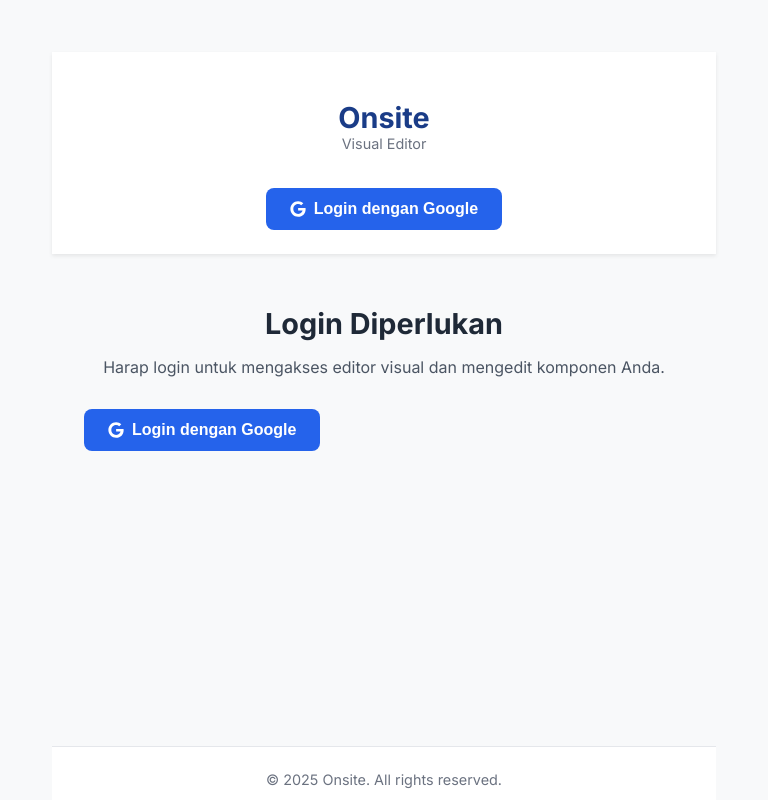
Repository: arifsoul/onsite
Page: /editor (app in onsite/)
An editor plug-in stored every save of this project. The page is shown before and after the next save, followed by the edit.
The browser window is 768 px wide. The pictures show the whole page.
An inner scrolling area shows only its first screen. The project was rebuilt for these pictures with package versions that can differ from the ones it lists, and the page was loaded fresh each time. Also part of the build but not shown: onsite/vite.config.js, onsite/src/services/deepseekApi.js, onsite/src/components/Generator/AIGenerator.css, onsite/src/components/Generator/AIGenerator.jsx, onsite/src/components/Preview/LivePreview.css, onsite/src/components/Preview/LivePreview.jsx, onsite/src/pages/Home.jsx, onsite/src/components/Editor/CSSPanel.jsx and 3 more.

Above is the page before, as saved 2025-04-14 17:15:04.

### onsite/src/index.css
/* src/index.css */
@import url('https://fonts.googleapis.com/css2?family=Inter:wght@400;600;700&display=swap');

* {
  margin: 0;
  padding: 0;
  box-sizing: border-box;
}

html, body {
  height: 100%;
  width: 100%;
  overflow-x: hidden; /* Mencegah scroll horizontal */
}

body {
  font-family: 'Inter', sans-serif;
  background-color: #f8f9fa;
}

#root {
  display: flex;
  flex-direction: column;
  min-height: 100vh;
  width: 100%;
}

### onsite/src/App.jsx
import { BrowserRouter as Router, Routes, Route } from 'react-router-dom';
import { Auth0Provider } from '@auth0/auth0-react';
import { CodeProvider } from './context/CodeContext';
import Home from './pages/Home';
import Editor from './pages/Editor';
import Login from './pages/Login';
import './App.css';

function App() {
  return (
    <Auth0Provider
      domain={import.meta.env.VITE_AUTH0_DOMAIN}
      clientId={import.meta.env.VITE_AUTH0_CLIENT_ID}
      redirectUri={window.location.origin}
    >
      <CodeProvider>
        <Router>
          <Routes>
            <Route path="/" element={<Home />} />
            <Route path="/login" element={<Login />} />
            <Route path="/editor" element={<Editor />} />
          </Routes>
        </Router>
      </CodeProvider>
    </Auth0Provider>
  );
}

export default App;

### onsite/src/context/CodeContext.jsx
import { createContext, useState, useContext } from 'react';

const CodeContext = createContext();

export const CodeProvider = ({ children }) => {
  const [generatedCode, setGeneratedCode] = useState({
    html: '',
    css: '',
    js: '',
  });
  const [components, setComponents] = useState([]);

  const updateComponent = (id, updates) => {
    setComponents((prev) =>
      prev.map((comp) =>
        comp.id === id ? { ...comp, ...updates } : comp
      )
    );
  };

  return (
    <CodeContext.Provider
      value={{ generatedCode, setGeneratedCode, components, setComponents, updateComponent }}
    >
      {children}
    </CodeContext.Provider>
  );
};

export const useCode = () => useContext(CodeContext);

### onsite/src/pages/Editor.jsx
import ComponentEditor from '../components/Editor/ComponentEditor';
import LivePreview from '../components/Preview/LivePreview';
import GoogleLogin from '../components/Auth/GoogleLogin';
import { useAuth0 } from '@auth0/auth0-react';
import './Editor.css';

const Editor = () => {
  const { isAuthenticated } = useAuth0();

  return (
    <div className="editor-container">
      <header className="editor-header">
        <div className="logo">
          <h1>Onsite</h1>
          <span>Visual Editor</span>
        </div>
        <GoogleLogin />
      </header>
      <main className="editor-main">
        {!isAuthenticated ? (
          <section className="login-prompt">
            <h2>Login Diperlukan</h2>
            <p>Harap login untuk mengakses editor visual dan mengedit komponen Anda.</p>
            <GoogleLogin />
          </section>
        ) : (
          <section className="editor-section">
            <div className="card editor-card">
              <h3>Editor Komponen</h3>
              <ComponentEditor />
            </div>
            <div className="card preview-card">
              <h3>Pratinjau Langsung</h3>
              <LivePreview />
            </div>
          </section>
        )}
      </main>
      <footer className="editor-footer">
        <p>© 2025 Onsite. All rights reserved.</p>
      </footer>
    </div>
  );
};

export default Editor;

### onsite/src/components/Auth/GoogleLogin.jsx
import { useAuth0 } from '@auth0/auth0-react';
import { FaGoogle } from 'react-icons/fa';
import './GoogleLogin.css';

const GoogleLogin = () => {
  const { loginWithRedirect, isAuthenticated, user, logout } = useAuth0();

  return (
    <div>
      {isAuthenticated ? (
        <div className="user-info">
          <img src={user?.picture} alt={user?.name} />
          <span>{user?.name}</span>
          <button
            className="logout-btn"
            onClick={() => logout({ returnTo: window.location.origin })}
          >
            Logout
          </button>
        </div>
      ) : (
        <button
          className="google-login-btn"
          onClick={() => loginWithRedirect({ connection: 'google-oauth2' })}
        >
          <FaGoogle /> Login dengan Google
        </button>
      )}
    </div>
  );
};

export default GoogleLogin;

### onsite/src/pages/Home.css
/* src/pages/Home.css */
.home-container {
    display: flex;
    flex-direction: column;
    min-height: 100vh;
    background-color: #f8f9fa;
  }

  /* Header */
  .home-header {
    display: flex;
    justify-content: space-between;
    align-items: center;
    padding: 1.5rem 2rem;
    background-color: #ffffff;
    box-shadow: 0 2px 4px rgba(0, 0, 0, 0.08);
    position: sticky;
    top: 0;
    z-index: 100;
  }

  .logo h1 {
    font-size: 1.8rem;
    color: #1a3c87;
    margin: 0;
  }

  .logo span {
    font-size: 0.9rem;
    color: #6b7280;
    display: block;
  }

  /* Main Content */
  .home-main {
    flex: 1;
    padding: 2rem;
    max-width: 1400px;
    margin: 0 auto;
    width: 100%;
  }

  /* Hero Section */
  .hero-section {
    text-align: center;
    margin-bottom: 4rem;
  }

  .hero-section h2 {
    font-size: 2.5rem;
    color: #1f2937;
    margin-bottom: 1rem;
  }

  .hero-section p {
    font-size: 1.2rem;
    color: #4b5563;
    max-width: 700px;
    margin: 0 auto 1.5rem;
  }

  .hero-cta {
    display: inline-block;
    padding: 0.75rem 2rem;
    background-color: #2563eb;
    color: #ffffff;
    text-decoration: none;
    border-radius: 6px;
    font-size: 1.1rem;
    font-weight: 600;
    transition: background-color 0.2s;
  }

  .hero-cta:hover {
    background-color: #1d4ed8;
  }

  /* Features Section */
  .features-section {
    display: grid;
    grid-template-columns: repeat(auto-fit, minmax(300px, 1fr));
    gap: 2rem;
    margin-bottom: 3rem;
  }

  .card {
    background-color: #ffffff;
    border-radius: 10px;
    box-shadow: 0 4px 12px rgba(0, 0, 0, 0.1);
    padding: 2rem;
    transition: transform 0.3s ease, box-shadow 0.3s ease;
  }

  .card:hover {
    transform: translateY(-8px);
    box-shadow: 0 6px 16px rgba(0, 0, 0, 0.15);
  }

  .card h3 {
    font-size: 1.5rem;
    color: #1f2937;
    margin-bottom: 1rem;
  }

  .card p {
    font-size: 1rem;
    color: #4b5563;
    line-height: 1.6;
  }

  .description-card {
    display: flex;
    flex-direction: column;
    justify-content: center;
  }

  /* Footer */
  .home-footer {
    text-align: center;
    padding: 1.5rem;
    background-color: #ffffff;
    border-top: 1px solid #e5e7eb;
    color: #6b7280;
    font-size: 0.9rem;
  }

  /* Responsive Design */
  @media (max-width: 1024px) {
    .features-section {
      grid-template-columns: 1fr;
    }
  }

  @media (max-width: 768px) {
    .home-header {
      flex-direction: column;
      gap: 1rem;
      text-align: center;
    }

    .hero-section h2 {
      font-size: 2rem;
    }

    .hero-section p {
      font-size: 1rem;
    }

    .hero-cta {
      padding: 0.6rem 1.5rem;
      font-size: 1rem;
    }

    .card {
      padding: 1.5rem;
    }
  }

### onsite/src/pages/Editor.css
/* src/pages/Editor.css */
.editor-container {
    display: flex;
    flex-direction: column;
    min-height: 100vh;
    background-color: #f8f9fa;
  }

  /* Header */
  .editor-header {
    display: flex;
    justify-content: space-between;
    align-items: center;
    padding: 1.5rem 2rem;
    background-color: #ffffff;
    box-shadow: 0 2px 4px rgba(0, 0, 0, 0.08);
    position: sticky;
    top: 0;
    z-index: 100;
  }

  .logo h1 {
    font-size: 1.8rem;
    color: #1a3c87;
    margin: 0;
  }

  .logo span {
    font-size: 0.9rem;
    color: #6b7280;
    display: block;
  }

  /* Main Content */
  .editor-main {
    flex: 1;
    padding: 2rem;
    max-width: 1400px;
    margin: 0 auto;
    width: 100%;
  }

  /* Login Prompt */
  .login-prompt {
    text-align: center;
    max-width: 600px;
    margin: 0 auto;
  }

  .login-prompt h2 {
    font-size: 2rem;
    color: #1f2937;
    margin-bottom: 1rem;
  }

  .login-prompt p {
    font-size: 1.1rem;
    color: #4b5563;
    margin-bottom: 2rem;
  }

  /* Editor Section */
  .editor-section {
    display: grid;
    grid-template-columns: 1fr 1fr;
    gap: 2rem;
  }

  .card {
    background-color: #ffffff;
    border-radius: 10px;
    box-shadow: 0 4px 12px rgba(0, 0, 0, 0.1);
    padding: 2rem;
    transition: transform 0.3s ease, box-shadow 0.3s ease;
  }

  .card:hover {
    transform: translateY(-8px);
    box-shadow: 0 6px 16px rgba(0, 0, 0, 0.15);
  }

  .card h3 {
    font-size: 1.5rem;
    color: #1f2937;
    margin-bottom: 1rem;
  }

  /* Footer */
  .editor-footer {
    text-align: center;
    padding: 1.5rem;
    background-color: #ffffff;
    border-top: 1px solid #e5e7eb;
    color: #6b7280;
    font-size: 0.9rem;
  }

  /* Responsive Design */
  @media (max-width: 1024px) {
    .editor-section {
      grid-template-columns: 1fr;
    }
  }

  @media (max-width: 768px) {
    .editor-header {
      flex-direction: column;
      gap: 1rem;
      text-align: center;
    }

    .login-prompt h2 {
      font-size: 1.8rem;
    }

    .login-prompt p {
      font-size: 1rem;
    }

    .card {
      padding: 1.5rem;
    }
  }

### onsite/src/pages/Login.css
/* src/pages/Login.css */
.login-container {
    display: flex;
    flex-direction: column;
    min-height: 100vh;
    background-color: #f8f9fa;
  }

  /* Header */
  .login-header {
    display: flex;
    justify-content: space-between;
    align-items: center;
    padding: 1.5rem 2rem;
    background-color: #ffffff;
    box-shadow: 0 2px 4px rgba(0, 0, 0, 0.08);
    position: sticky;
    top: 0;
    z-index: 100;
  }

  .logo h1 {
    font-size: 1.8rem;
    color: #1a3c87;
    margin: 0;
  }

  .logo span {
    font-size: 0.9rem;
    color: #6b7280;
    display: block;
  }

  /* Main Content */
  .login-main {
    flex: 1;
    display: flex;
    align-items: center;
    justify-content: center;
    padding: 2rem;
  }

  /* Login Section */
  .login-section {
    max-width: 500px;
    width: 100%;
  }

  .login-card {
    background-color: #ffffff;
    border-radius: 10px;
    box-shadow: 0 4px 12px rgba(0, 0, 0, 0.1);
    padding: 2.5rem;
    text-align: center;
  }

  .login-card h2 {
    font-size: 2rem;
    color: #1f2937;
    margin-bottom: 1rem;
  }

  .login-card p {
    font-size: 1.1rem;
    color: #4b5563;
    margin-bottom: 2rem;
  }

  /* Footer */
  .login-footer {
    text-align: center;
    padding: 1.5rem;
    background-color: #ffffff;
    border-top: 1px solid #e5e7eb;
    color: #6b7280;
    font-size: 0.9rem;
  }

  /* Responsive Design */
  @media (max-width: 768px) {
    .login-header {
      flex-direction: column;
      gap: 1rem;
      text-align: center;
    }

    .login-card {
      padding: 2rem;
    }

    .login-card h2 {
      font-size: 1.8rem;
    }

    .login-card p {
      font-size: 1rem;
    }
  }

### onsite/src/components/Auth/GoogleLogin.css
/* src/components/Auth/GoogleLogin.css */
.google-login-btn {
  display: flex;
  align-items: center;
  gap: 0.5rem;
  padding: 0.75rem 1.5rem;
  background-color: #2563eb;
  color: #ffffff;
  border: none;
  border-radius: 8px;
  font-size: 1rem;
  font-weight: 600;
  cursor: pointer;
  transition: background-color 0.2s;
}

.google-login-btn:hover {
  background-color: #1d4ed8;
}

.user-info {
  display: flex;
  align-items: center;
  gap: 0.75rem;
}

.user-info img {
  border-radius: 50%;
  width: 36px;
  height: 36px;
}

.user-info span {
  font-size: 1rem;
  color: #1f2937;
}

.logout-btn {
  padding: 0.5rem 1rem;
  background-color: #dc2626;
  color: #ffffff;
  border: none;
  border-radius: 8px;
  font-size: 0.9rem;
  font-weight: 600;
  cursor: pointer;
  transition: background-color 0.2s;
}

.logout-btn:hover {
  background-color: #b91c1c;
}

### onsite/src/components/Editor/ComponentEditor.css
.editor-container {
  display: flex;
  flex-wrap: wrap;
  gap: 20px;
  padding: 20px;
}

.component-wrapper {
  border: 1px solid #ddd;
  padding: 10px;
  background: #fff;
  border-radius: 5px;
}

Loaded but not shown: onsite/index.html (common file); onsite/src/main.jsx (common file); onsite/src/App.css (common file)

After the next save:
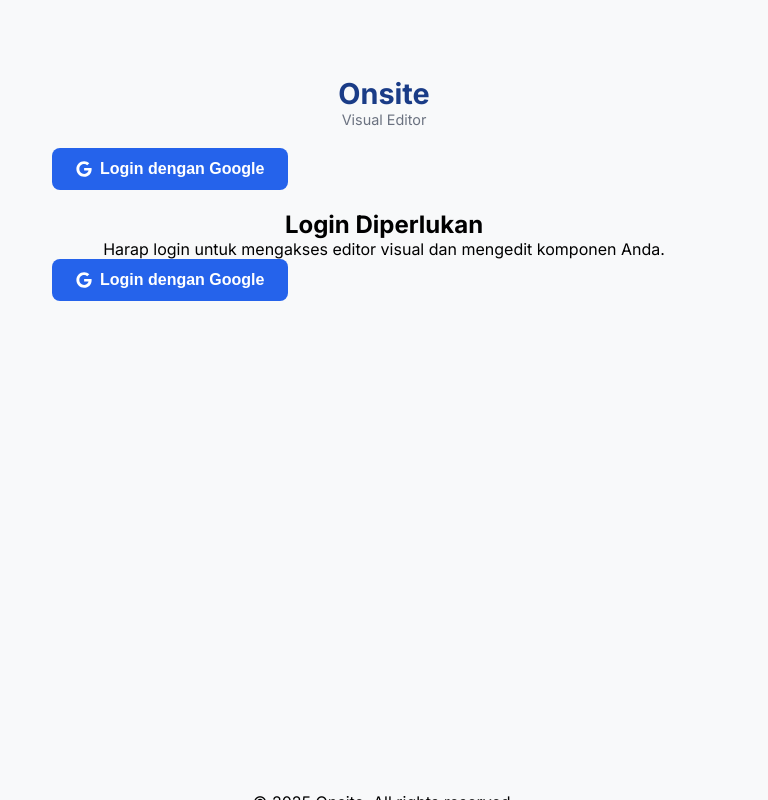
Saved 8 s later.
--- a/onsite/src/pages/Editor.css
+++ b/onsite/src/pages/Editor.css
@@ -1,123 +1,12 @@
-/* src/pages/Editor.css */
 .editor-container {
     display: flex;
     flex-direction: column;
     min-height: 100vh;
+    width: 100%;
     background-color: #f8f9fa;
   }
 
-  /* Header */
-  .editor-header {
-    display: flex;
-    justify-content: space-between;
-    align-items: center;
-    padding: 1.5rem 2rem;
-    background-color: #ffffff;
-    box-shadow: 0 2px 4px rgba(0, 0, 0, 0.08);
-    position: sticky;
-    top: 0;
-    z-index: 100;
-  }
-
-  .logo h1 {
-    font-size: 1.8rem;
-    color: #1a3c87;
-    margin: 0;
-  }
-
-  .logo span {
-    font-size: 0.9rem;
-    color: #6b7280;
-    display: block;
-  }
-
-  /* Main Content */
   .editor-main {
     flex: 1;
-    padding: 2rem;
-    max-width: 1400px;
-    margin: 0 auto;
-    width: 100%;
+    /* Tambahkan gaya lain sesuai kebutuhan */
   }
-
-  /* Login Prompt */
-  .login-prompt {
-    text-align: center;
-    max-width: 600px;
-    margin: 0 auto;
-  }
-
-  .login-prompt h2 {
-    font-size: 2rem;
-    color: #1f2937;
-    margin-bottom: 1rem;
-  }
-
-  .login-prompt p {
-    font-size: 1.1rem;
-    color: #4b5563;
-    margin-bottom: 2rem;
-  }
-
-  /* Editor Section */
-  .editor-section {
-    display: grid;
-    grid-template-columns: 1fr 1fr;
-    gap: 2rem;
-  }
-
-  .card {
-    background-color: #ffffff;
-    border-radius: 10px;
-    box-shadow: 0 4px 12px rgba(0, 0, 0, 0.1);
-    padding: 2rem;
-    transition: transform 0.3s ease, box-shadow 0.3s ease;
-  }
-
-  .card:hover {
-    transform: translateY(-8px);
-    box-shadow: 0 6px 16px rgba(0, 0, 0, 0.15);
-  }
-
-  .card h3 {
-    font-size: 1.5rem;
-    color: #1f2937;
-    margin-bottom: 1rem;
-  }
-
-  /* Footer */
-  .editor-footer {
-    text-align: center;
-    padding: 1.5rem;
-    background-color: #ffffff;
-    border-top: 1px solid #e5e7eb;
-    color: #6b7280;
-    font-size: 0.9rem;
-  }
-
-  /* Responsive Design */
-  @media (max-width: 1024px) {
-    .editor-section {
-      grid-template-columns: 1fr;
-    }
-  }
-
-  @media (max-width: 768px) {
-    .editor-header {
-      flex-direction: column;
-      gap: 1rem;
-      text-align: center;
-    }
-
-    .login-prompt h2 {
-      font-size: 1.8rem;
-    }
-
-    .login-prompt p {
-      font-size: 1rem;
-    }
-
-    .card {
-      padding: 1.5rem;
-    }
-  }
